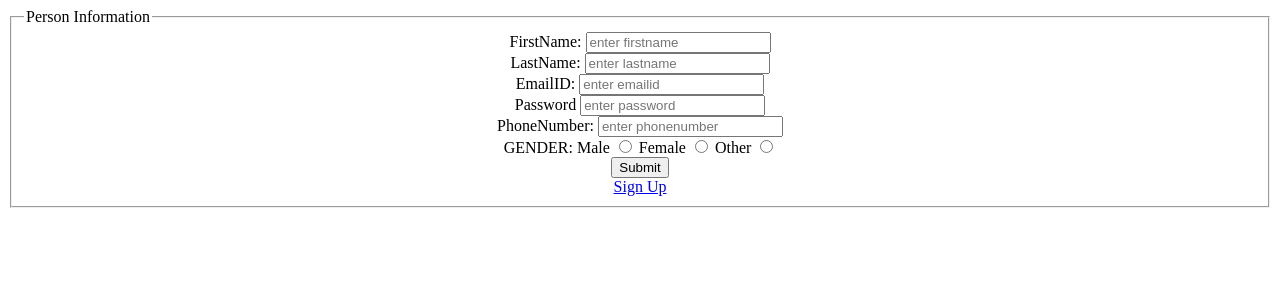
Repository: Tharungandhi/ServeltProject
Page: LginRegistrationApp/WebContent/registration.html
The author's editor kept a copy of each file at every save. The page is drawn from the files as they stood at one save, then again after the next save.
The browser window is 1280 px wide. The pictures show the whole page.

Above is the page before, as saved 2019-01-22 10:22:51.

After the next save:
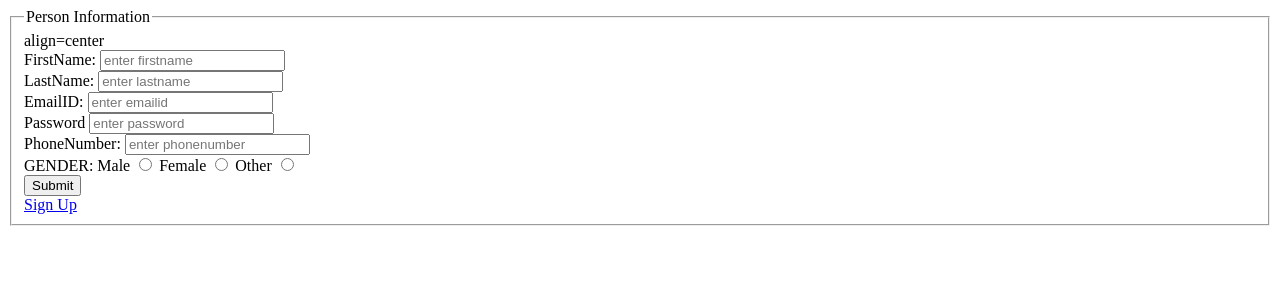
Saved 27 s later.
--- a/LginRegistrationApp/WebContent/registration.html
+++ b/LginRegistrationApp/WebContent/registration.html
@@ -9,7 +9,7 @@
 
 <fieldset>
 <legend>Person Information</legend>
-<center>
+<div>align=center
 <div>
 <label>FirstName:</label>
 <input type="text" name="firstname"  placeholder="enter firstname" value="" required/> </div>
@@ -38,7 +38,6 @@
 <input type="submit" name="submit"/>
 <div>
 <a href=login.html> Sign Up</a></div>
-</center>
 </fieldset>
 </form>
 </body>
